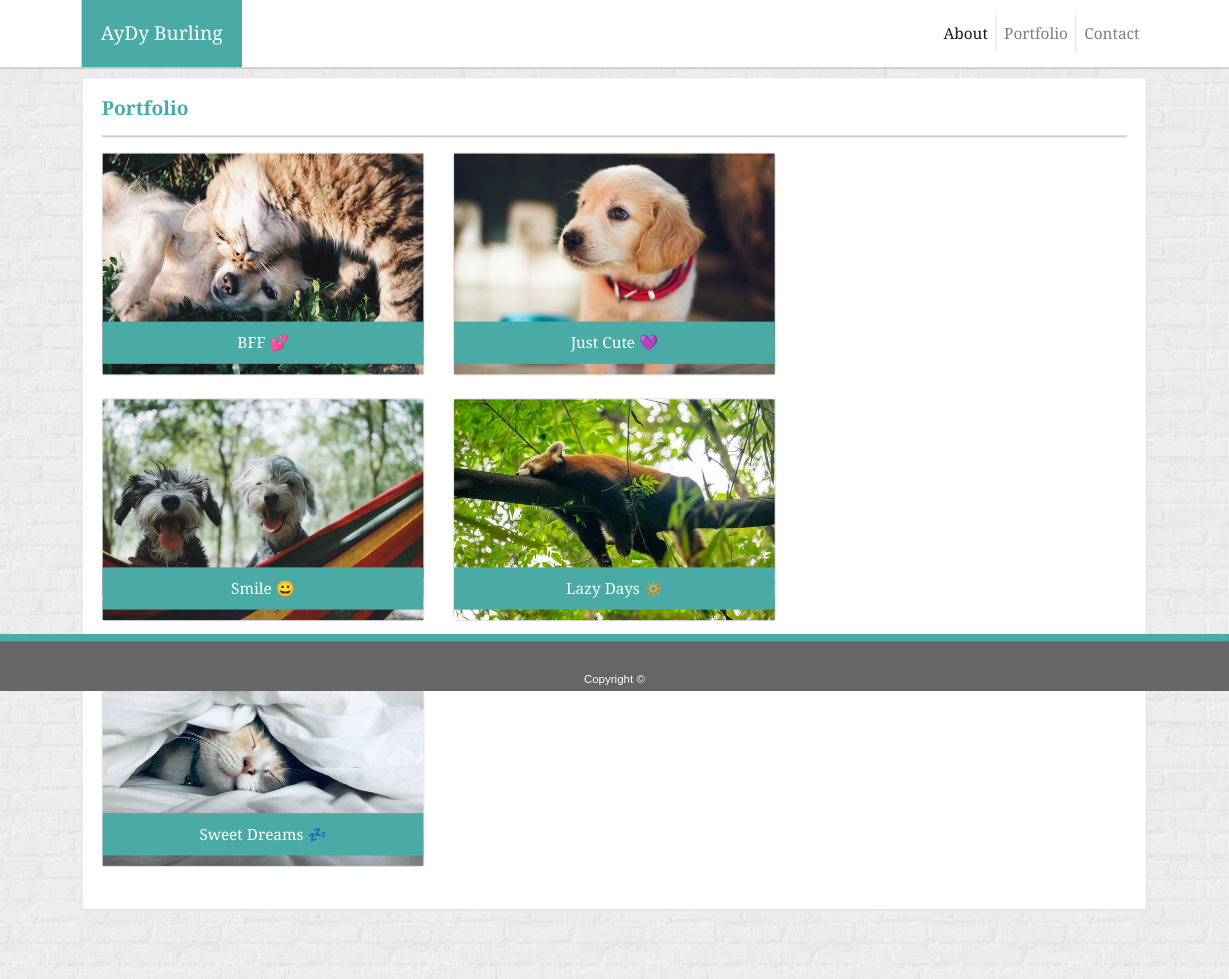
Repository: Dee1985/AyDy-Burling-prework
Page: Module-1_Assessment/portfolio.html
The author's editor kept a copy of each file at every save. The page is drawn from the files as they stood at one save, then again after the next save.
The browser window is 1280 px wide. The pictures show the whole page, at 96% of full size.

Above is the page before, as saved 2020-05-22 22:39:51.

### Module-1_Assessment/portfolio.html
<!DOCTYPE html>
<html lang="en">
  <head>
    <meta charset="UTF-8" />
    <meta name="viewport" content="width=device-width, initial-scale=1.0" />
    <meta http-equiv="X-UA-Compatible" content="ie=edge" />
    <title>Portfolio</title>
    <link rel="stylesheet" href="assets/css/reset.css" />
    <link
      rel="stylesheet"
      href="https://stackpath.bootstrapcdn.com/bootstrap/4.3.1/css/bootstrap.min.css"
      integrity="sha384-ggOyR0iXCbMQv3Xipma34MD+dH/1fQ784/j6cY/iJTQUOhcWr7x9JvoRxT2MZw1T"
      crossorigin="anonymous"
    />
    <link rel="stylesheet" href="assets/css/style.css" />
  </head>
  <body>
    <nav class="navbar navbar-light navbar-expand-lg p-0 card-gallery ">
      <div class="container">
        <a href="# "class="navbar-brand text-white"
          >AyDy Burling</a>
          <button
              class="navbar-toggler"
              type="button"
              data-toggle="collapse"
              data-target="#navbarTogglerDemo02"
              aria-controls="navbarTogglerDemo02"
              aria-expanded="false"
              aria-label="Toggle navigation"
            >
              <span class="navbar-toggler-icon"></span>
            </button>
            <div class="collapse navbar-collapse" id="navbarTogglerDemo02">
              <ul class="navbar-nav ml-auto mt-2 mt-lg-0">
                <li class="nav-item active">
                  <a class="nav-link border-right" href="index.html">About</a>
                </li>
                <li class="nav-item">
                  <a class="nav-link border-right" href="#">Portfolio</a>
                </li>
                <li class="nav-item">
                  <a class="nav-link" href="contact.html" tabindex="-1">Contact</a>
                </li>
              </ul>
            </div>
          </nav>

    <section class="card-gallery">
      <div class="container">
        <div class="row">
          <div class="col-lg-12 mb-4 mt-2">
            <div class="card rounded-0 mb-5">
              <div class="card-body mt-9">
              <h5 class="card-title">Portfolio</h5>
              <hr />
              <!-- start of cards -->
            <div class="row justify-content-start">
              <!-- first card -->
                     <div class="col-lg-4 mb-4">
                            <div class="card text-white">
                                <img src="assets/img/krista-mangulsone-9gz3wfHr65U-unsplash.jpg" width="100%" height="230" alt="cat and dog cuddles">
                                <div class="card-heading text-center">
                                    BFF 💕
                                </div>
                            </div>
                        </div>
               <!-- second card -->
                   <div class="col-lg-4 mb-4">
                            <div class="card text-white">
                                <img src="assets/img/berkay-gumustekin-ngqyo2AYYnE-unsplash.jpg" width="100%" height="230" alt="puppy pic">
                                <div class="card-heading text-center">
                                    Just Cute 💜
                                </div>
                            </div>
                        </div>
            </div>
               <!-- third card -->
               <div class="row">
    <div class="col-lg-4 mb-4">
                            <div class="card text-white">
                                <img src="assets/img/alvan-nee-FHl79chXS6s-unsplash.jpg" width="100%" height="230"alt="two dogs smiling">
                                <div class="card-heading text-center">
                                    Smile 😀
                                </div>
                            </div>
                        </div>
               <!-- fourth card -->
                   <div class="col-lg-4 mb-4">
                            <div class="card text-white">
                                <img src="assets/img/chris-curry-GYpsSWHslHA-unsplash.jpg" width="100%" height="230" alt="animal sleeping on branch">
                                <div class="card-heading text-center">
                                    Lazy Days 🔅
                                </div>
                            </div>
                        </div>
                        </div>
               <!-- fifth card -->
               <div class="row justify-content-start">
                   <div class="col-lg-4 mb-4">
                            <div class="card text-white">
                                <img src="assets/img/kate-stone-matheson-uy5t-CJuIK4-unsplash.jpg" width="100%" height="230" alt="cat under a blanket">
                                <div class="card-heading text-center">
                                    Sweet Dreams 💤
                                </div>
                            </div>
                        </div>
                        </div>

            </div>
              </div>
            </div>
          </div>
        </div>
      </div>
    </section>
    <footer>
      <div class="fixed text-center text-white"> Copyright &copy;</div>
    </footer>

    <script
      src="https://code.jquery.com/jquery-3.3.1.slim.min.js"
      integrity="sha384-q8i/X+965DzO0rT7abK41JStQIAqVgRVzpbzo5smXKp4YfRvH+8abtTE1Pi6jizo"
      crossorigin="anonymous"
    ></script>
    <script
      src="https://cdnjs.cloudflare.com/ajax/libs/popper.js/1.14.7/umd/popper.min.js"
      integrity="sha384-UO2eT0CpHqdSJQ6hJty5KVphtPhzWj9WO1clHTMGa3JDZwrnQq4sF86dIHNDz0W1"
      crossorigin="anonymous"
    ></script>
    <script
      src="https://stackpath.bootstrapcdn.com/bootstrap/4.3.1/js/bootstrap.min.js"
      integrity="sha384-JjSmVgyd0p3pXB1rRibZUAYoIIy6OrQ6VrjIEaFf/nJGzIxFDsf4x0xIM+B07jRM"
      crossorigin="anonymous"
    ></script>
  </body>
</html>

### Module-1_Assessment/assets/css/style.css
* {
	box-sizing: border-box;
	margin: 0;
	padding: 0;
}

section {
	/* https://www.toptal.com/designers/subtlepatterns/?s=brick */
	background-image: url('../img/brickwall_@2X.png');
	background-position: center;
}

nav {
	font-family: Cambria, Cochin, Georgia, Times, 'Times New Roman', serif;
}

.btn {
	background-color: #4aaaa5;
	border-color: #4aaaa5;
}
.navbar {
	border-bottom: 2px solid #cccccc;
}
a.navbar-brand {
	background-color: #4aaaa5;
	padding: 20px;
	margin: 0;
}
hr {
	border-top: 2px solid;
	border-color: #cccccc;
}

.card {
	font-family: Arial, Helvetica, sans-serif;
	border-color: #dddddd;
	height: auto;
}
.card-title {
	font-size: 20px;
	color: #4aaaa5;
	font-family: Cambria, Cochin, Georgia, Times, 'Times New Roman', serif;
	font-weight: bold;
}
.card-heading {
	background-color: #4aaaa5;
	font-size: 16px;
	font-family: Cambria, Cochin, Georgia, Times, 'Times New Roman', serif;
	position: absolute;
	bottom: 5%;
	width: 100%;
	padding-top: 10px;
	padding-bottom: 10px;
}

footer {
	position: fixed;
	left: 0;
	bottom: 0;
	width: 100%;
	border-top: 8px solid #4aaaa5;
	background-color: #666666;
	color: #ffffff;
	font-family: Arial, 'Helvetica Neue', Helvetica, sans-serif;
	font-size: 12px;
	height: 60px;
	padding-top: 30px;
}

Loaded but not shown: Module-1_Assessment/assets/css/reset.css (common file)

After the next save:
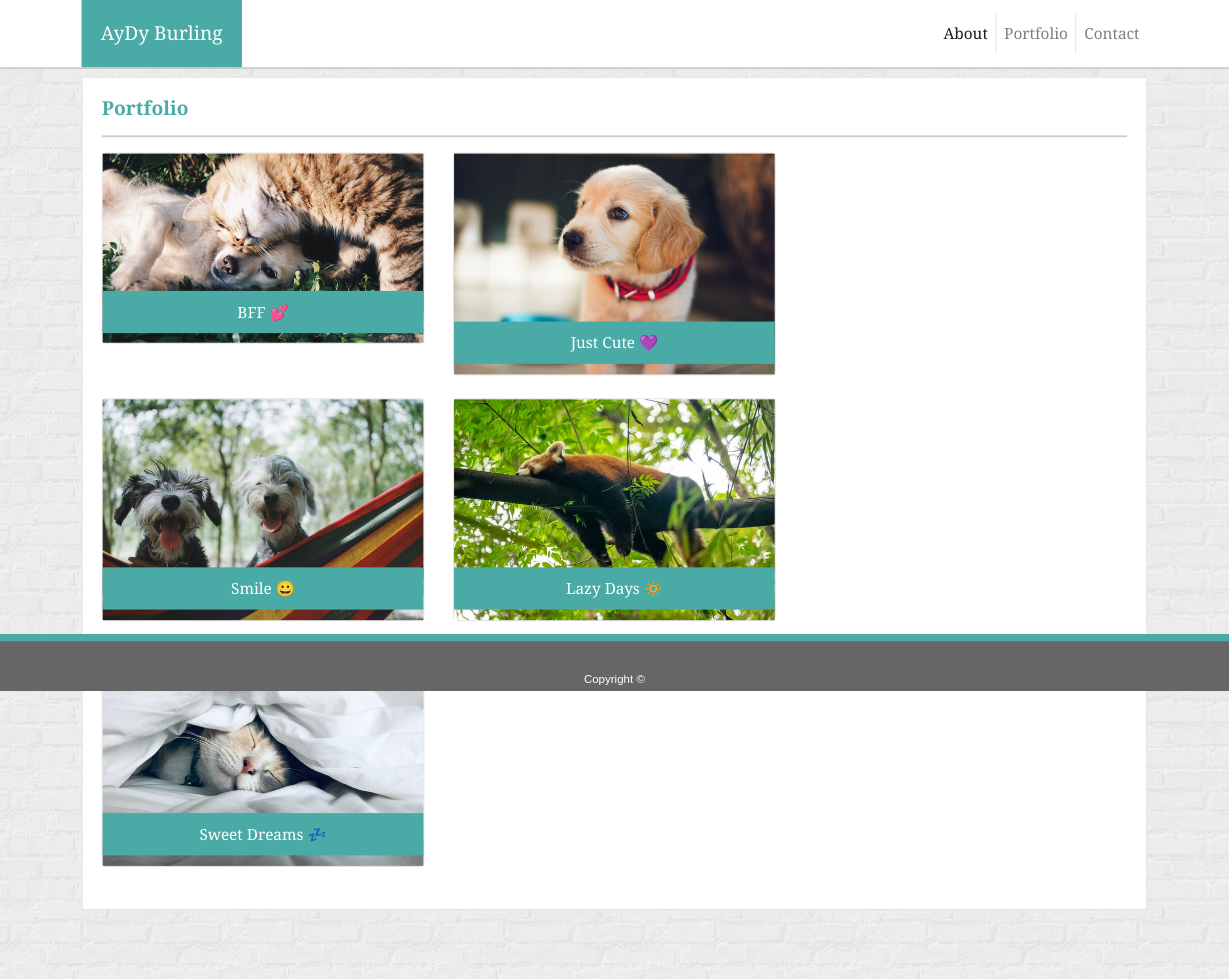
Saved 18 s later.
--- a/Module-1_Assessment/portfolio.html
+++ b/Module-1_Assessment/portfolio.html
@@ -58,7 +58,7 @@
               <!-- first card -->
                      <div class="col-lg-4 mb-4">
                             <div class="card text-white">
-                                <img src="assets/img/krista-mangulsone-9gz3wfHr65U-unsplash.jpg" width="100%" height="230" alt="cat and dog cuddles">
+                                <img src="assets/img/krista-mangulsone-9gz3wfHr65U-unsplash.jpg" width="100%" height="auto" alt="cat and dog cuddles">
                                 <div class="card-heading text-center">
                                     BFF 💕
                                 </div>
